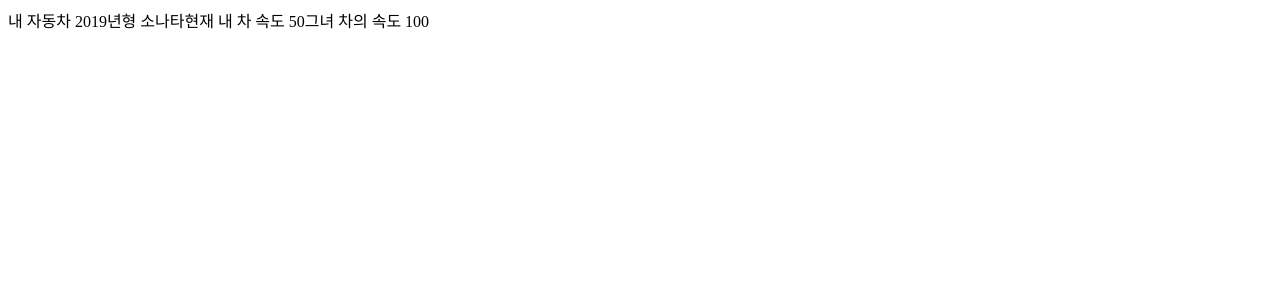
Repository: rightsecond3/java52
Page: workspace_script/dev_html/WebContent/js_object/sonata.html
These files come from the project's save history. The page is drawn as it stood at one moment and after the next save; the edit follows.
The browser window is 1280 px wide. The pictures show the whole page.

Above is the page before, as saved 2019-06-14 00:58:19.

### workspace_script/dev_html/WebContent/js_object/sonata.html
<!DOCTYPE html>
<html>
<head>
<meta charset="UTF-8">
<title>생성자 함수와 객체활용</title>
    <script>
        // 전역변수 - super, this 사용가능
        var speed=0;
        var carName="";
        var wheelNum=0;
        ///*** 생성자 ***///
        function Sonata() {
            this.speed = 50;
            this.carName = "2019년형 소나타";
            this.wheelNum = 4;
        }
    </script>
</head>
<body>
    <script>
        // 인스턴스화
        var myCar = new Sonata();
        var herCar = new Sonata();
        herCar.speed = 100;
        document.write("내 자동차 "+myCar.carName);
        document.write("현재 내 차 속도 "+myCar.speed);
        document.write("그녀 차의 속도 "+herCar.speed);
    </script>
</body>
</html>

After the next save:
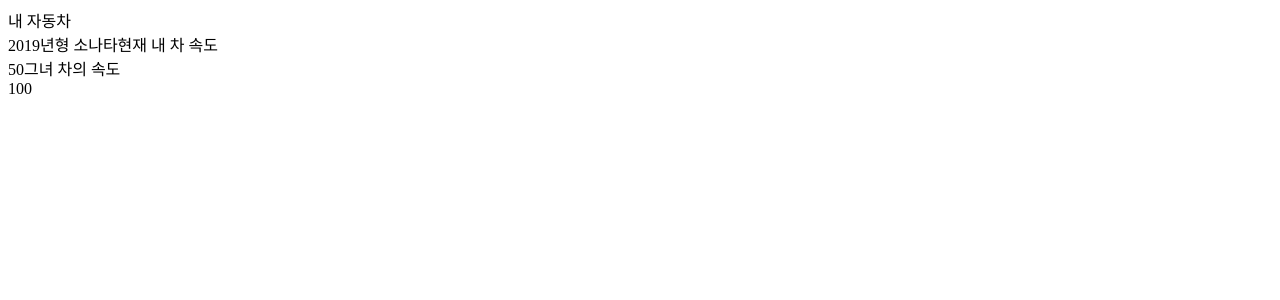
Saved 55 s later.
--- a/workspace_script/dev_html/WebContent/js_object/sonata.html
+++ b/workspace_script/dev_html/WebContent/js_object/sonata.html
@@ -22,9 +22,9 @@
         var myCar = new Sonata();
         var herCar = new Sonata();
         herCar.speed = 100;
-        document.write("내 자동차 "+myCar.carName);
-        document.write("현재 내 차 속도 "+myCar.speed);
-        document.write("그녀 차의 속도 "+herCar.speed);
+        document.write("내 자동차 "+"<br>"+myCar.carName);
+        document.write("현재 내 차 속도 "+"<br>"+myCar.speed);
+        document.write("그녀 차의 속도 "+"<br>"+herCar.speed);
     </script>
 </body>
 </html>
